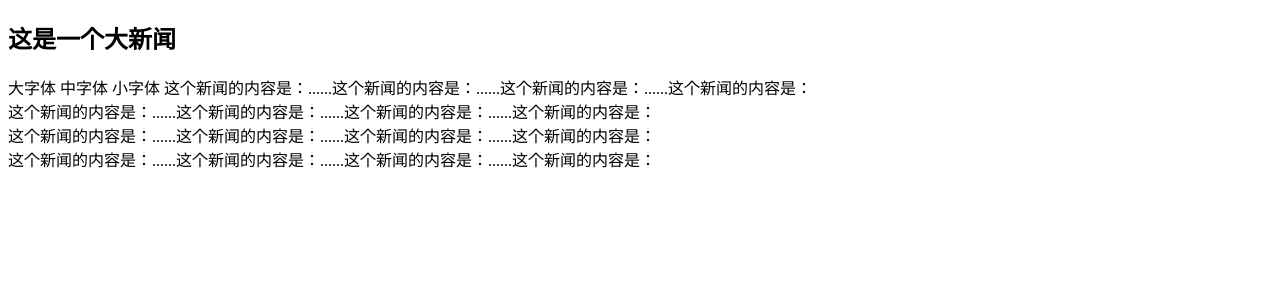
Repository: tangchengjingwen/javaLearningCode
Page: javaLearningCode/day31_html/demo_news.html
An editor plug-in stored every save of this project. The page is shown before and after the next save, followed by the edit.
The browser window is 1280 px wide. The pictures show the whole page.

Above is the page before, as saved 2012-05-15 06:58:06.

After the next save:
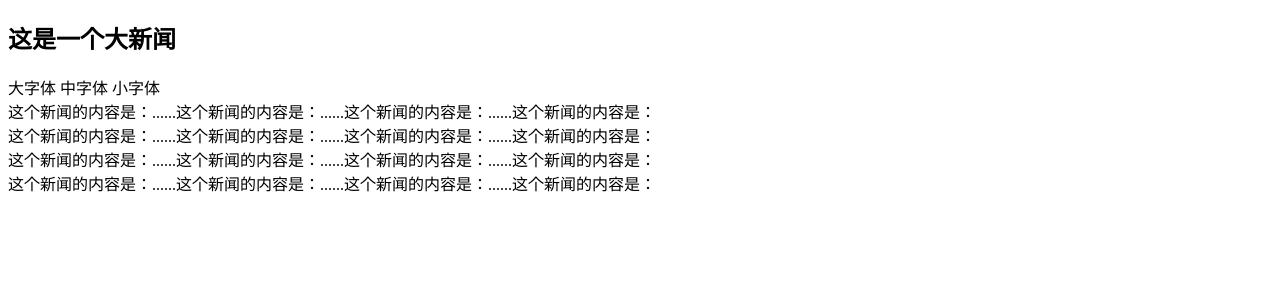
Saved 19 s later.
--- a/javaLearningCode/day31_html/demo_news.html
+++ b/javaLearningCode/day31_html/demo_news.html
@@ -15,10 +15,12 @@
 		<div id="newsid">
 		<h2>这是一个大新闻</h2>
 		大字体 中字体 小字体
+		<div id="newstext">
 		这个新闻的内容是：......这个新闻的内容是：......这个新闻的内容是：......这个新闻的内容是：<br/>
 		这个新闻的内容是：......这个新闻的内容是：......这个新闻的内容是：......这个新闻的内容是：<br/>
 		这个新闻的内容是：......这个新闻的内容是：......这个新闻的内容是：......这个新闻的内容是：<br/>
 		这个新闻的内容是：......这个新闻的内容是：......这个新闻的内容是：......这个新闻的内容是：<br/>
 		</div>
+		</div>
 	</body>
 </html>
